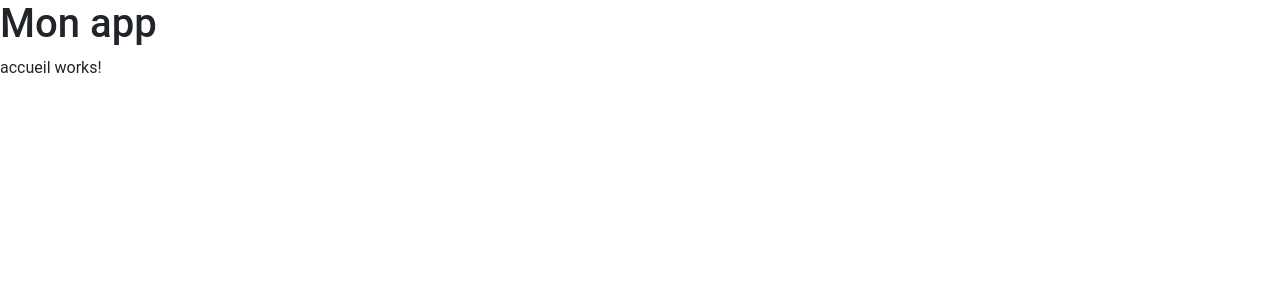
Repository: tecouz/Angular
Page: / (app in projet Angular/demo-angular-dfs2-g2/)
These files come from the project's save history. The page is drawn as it stood at one moment and after the next save; the edit follows.
The browser window is 1280 px wide. The pictures show the whole page.
The project was rebuilt for these pictures with package versions that can differ from the ones it lists, and the page was loaded fresh each time. Also part of the build but not shown: projet Angular/demo-angular-dfs2-g2/angular.json, projet Angular/demo-angular-dfs2-g2/src/app/pages/connexion/connexion.component.ts, projet Angular/demo-angular-dfs2-g2/src/app/pages/page404/page404.component.ts.

Above is the page before, as saved 2024-11-25 10:54:12.

### projet Angular/demo-angular-dfs2-g2/src/index.html
<!doctype html>
<html lang="en">
<head>
  <meta charset="utf-8">
  <title>DemoAngularDfs2G2</title>
  <base href="/">
  <meta name="viewport" content="width=device-width, initial-scale=1">
  <link rel="icon" type="image/x-icon" href="favicon.ico">
  <link href="https://cdn.jsdelivr.net/npm/bootstrap@5.3.3/dist/css/bootstrap.min.css" rel="stylesheet" integrity="sha384-QWTKZyjpPEjISv5WaRU9OFeRpok6YctnYmDr5pNlyT2bRjXh0JMhjY6hW+ALEwIH" crossorigin="anonymous">
</head>
<body>
  <app-root></app-root>
  <script src="https://cdn.jsdelivr.net/npm/bootstrap@5.3.3/dist/js/bootstrap.bundle.min.js" integrity="sha384-YvpcrYf0tY3lHB60NNkmXc5s9fDVZLESaAA55NDzOxhy9GkcIdslK1eN7N6jIeHz" crossorigin="anonymous"></script>
</body>
</html>

### projet Angular/demo-angular-dfs2-g2/src/app/app.component.ts
import { Component } from '@angular/core';
import { RouterOutlet } from '@angular/router';
import { AccueilComponent } from "./pages/accueil/accueil.component";

@Component({
  selector: 'app-root',
  imports: [RouterOutlet, AccueilComponent],
  templateUrl: './app.component.html',
  styleUrl: './app.component.scss'
})
export class AppComponent {
  title = 'demo-angular-dfs2-g2';
}

### projet Angular/demo-angular-dfs2-g2/src/app/app.routes.ts
import { Routes } from '@angular/router';
import { AccueilComponent } from './pages/accueil/accueil.component';
import { ConnexionComponent } from './pages/connexion/connexion.component';
import { Page404Component } from './pages/page404/page404.component';

export const routes: Routes = [
    {path: "accueil", component: AccueilComponent},
    {path: "connexion", component: ConnexionComponent},
    {path: "", redirectTo: "accueil", pathMatch: "full"},
    {path: "**", component:Page404Component},
];

### projet Angular/demo-angular-dfs2-g2/src/app/app.component.html
<h1>Mon app</h1>

<router-outlet></router-outlet>

### projet Angular/demo-angular-dfs2-g2/src/app/pages/accueil/accueil.component.ts
import { Component } from '@angular/core';

@Component({
  selector: 'app-accueil',
  imports: [],
  templateUrl: './accueil.component.html',
  styleUrl: './accueil.component.scss'
})
export class AccueilComponent {

}

Loaded but not shown: projet Angular/demo-angular-dfs2-g2/src/styles.scss (common file); projet Angular/demo-angular-dfs2-g2/src/main.ts (common file); projet Angular/demo-angular-dfs2-g2/src/app/app.config.ts (common file); projet Angular/demo-angular-dfs2-g2/src/app/pages/accueil/accueil.component.html (common file); projet Angular/demo-angular-dfs2-g2/src/app/app.component.scss (no stored copy; drawn as an empty file); projet Angular/demo-angular-dfs2-g2/src/app/pages/accueil/accueil.component.scss (no stored copy; drawn as an empty file)

After the next save:
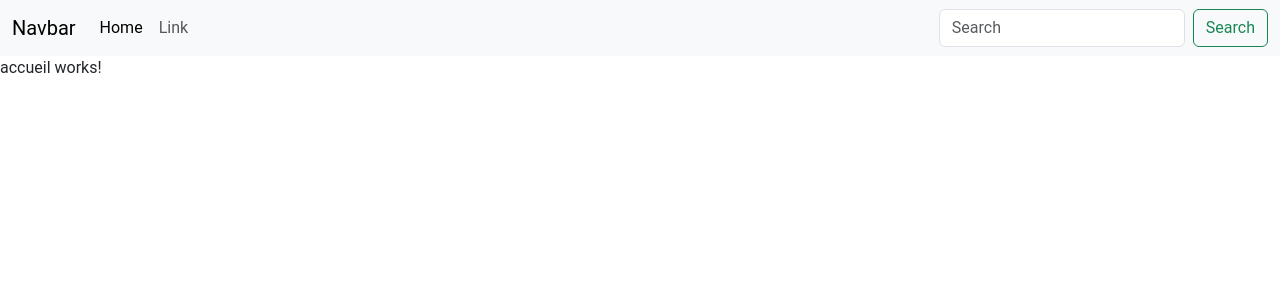
Saved 99 s later.
--- a/projet Angular/demo-angular-dfs2-g2/src/app/app.component.html
+++ b/projet Angular/demo-angular-dfs2-g2/src/app/app.component.html
@@ -1,3 +1,24 @@
-<h1>Mon app</h1>
-
+<nav class="navbar navbar-expand-lg bg-body-tertiary">
+  <div class="container-fluid">
+    <a class="navbar-brand">Navbar</a>
+    <button class="navbar-toggler" type="button" data-bs-toggle="collapse" data-bs-target="#navbarSupportedContent"
+      aria-controls="navbarSupportedContent" aria-expanded="false" aria-label="Toggle navigation">
+      <span class="navbar-toggler-icon"></span>
+    </button>
+    <div class="collapse navbar-collapse" id="navbarSupportedContent">
+      <ul class="navbar-nav me-auto mb-2 mb-lg-0">
+        <li class="nav-item">
+          <a class="nav-link active">Home</a>
+        </li>
+        <li class="nav-item">
+          <a class="nav-link">Link</a>
+        </li>
+      </ul>
+      <form class="d-flex" role="search">
+        <input class="form-control me-2" type="search" placeholder="Search" aria-label="Search">
+        <button class="btn btn-outline-success" type="submit">Search</button>
+      </form>
+    </div>
+  </div>
+</nav>
 <router-outlet></router-outlet>
